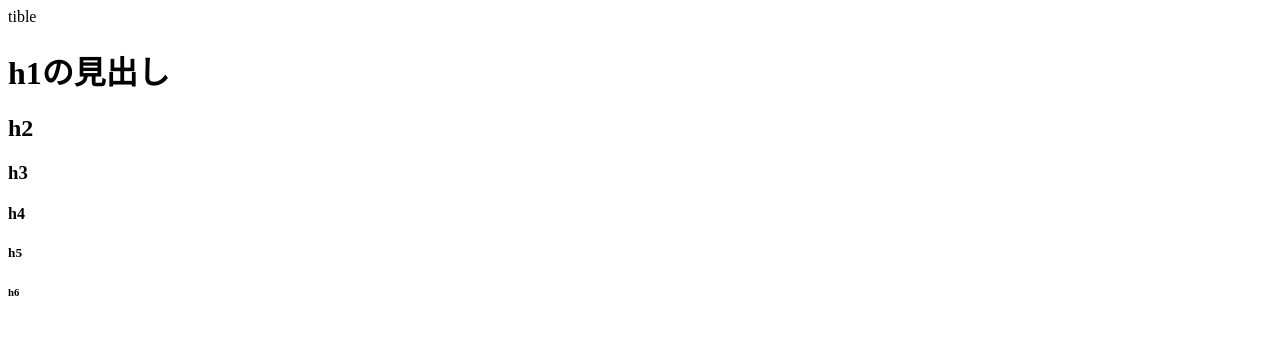
Repository: wadashuri/gourmand-site
Page: 03/heading.html
The author's editor kept a record of every edit. The page is drawn from the files as they stood at one moment, then again after the next edit.
The browser window is 1280 px wide. The pictures show the whole page.

Above is the page before.

After the next edit:
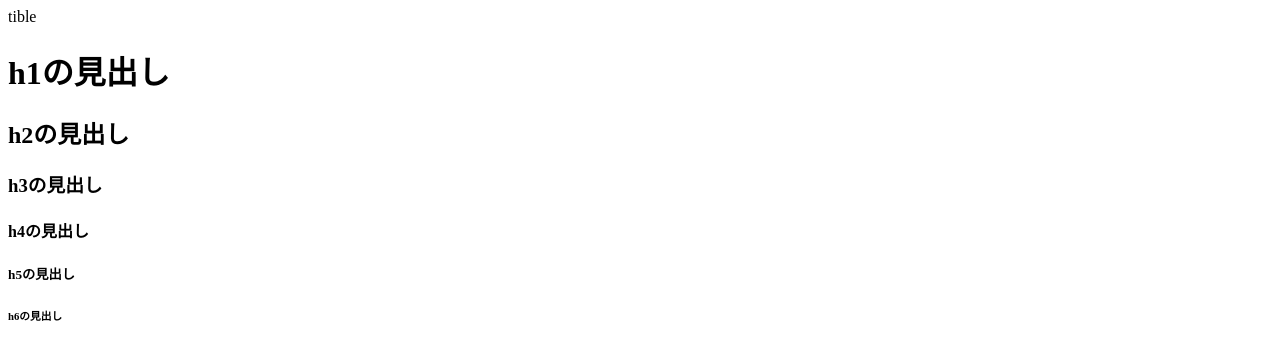
The edit:
--- a/03/heading.html
+++ b/03/heading.html
@@ -7,9 +7,9 @@
 </head>
 <body>
     <h1>h1の見出し</h1>
-    <h2>h2</h2>
-    <h3>h3</h3>
-    <h4>h4</h4>
-    <h5>h5</h5>
-    <h6>h6</h6>
+    <h2>h2の見出し</h2>
+    <h3>h3の見出し</h3>
+    <h4>h4の見出し</h4>
+    <h5>h5の見出し</h5>
+    <h6>h6の見出し</h6>
 </body>
